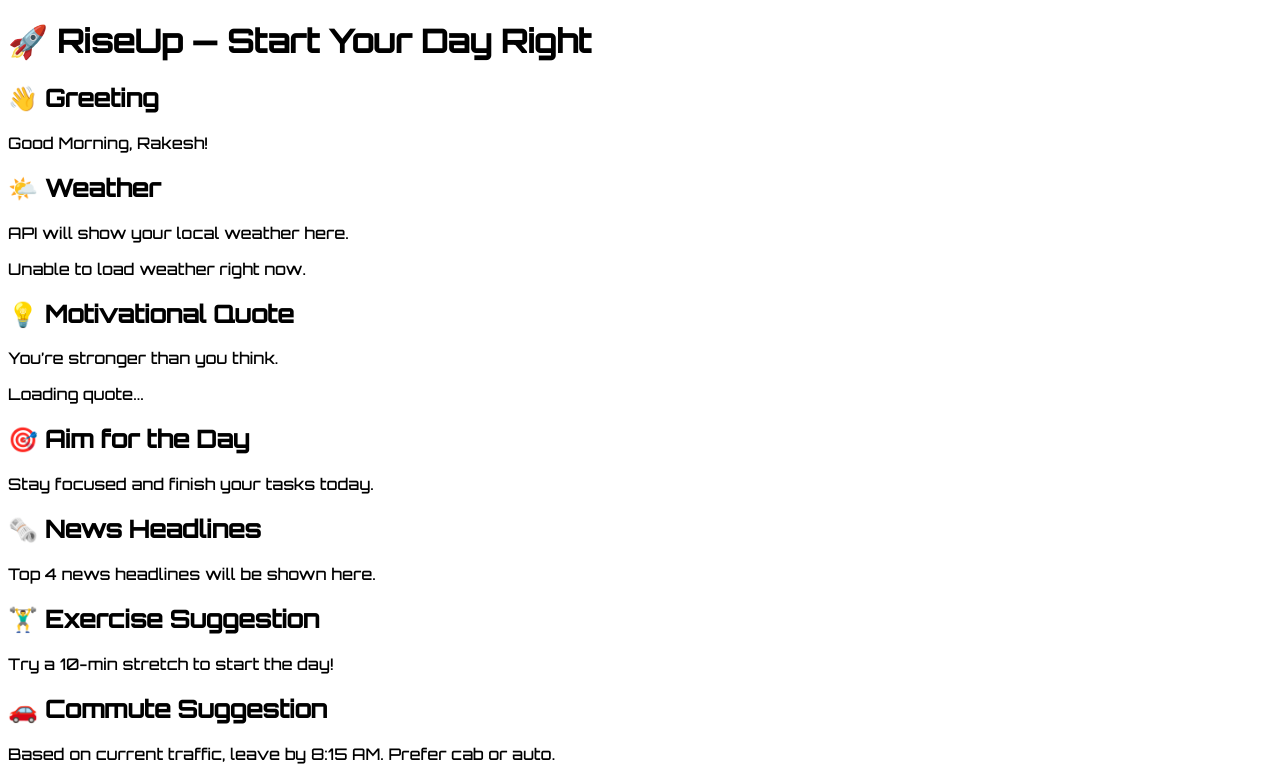
Repository: rakeshkumar1012/riseup
Page: /
The author's editor kept a copy of each file at every save. The page is drawn from the files as they stood at one save, then again after the next save.
The browser window is 1280 px wide. The pictures show the whole page.
The page's requests for data from a server got no answer. The project was rebuilt for these pictures with package versions that can differ from the ones it lists, and the page was loaded fresh each time. No one was signed in, and anything a server would have sent is missing.

Above is the page before, as saved 2025-07-05 03:36:00.

After the next save:
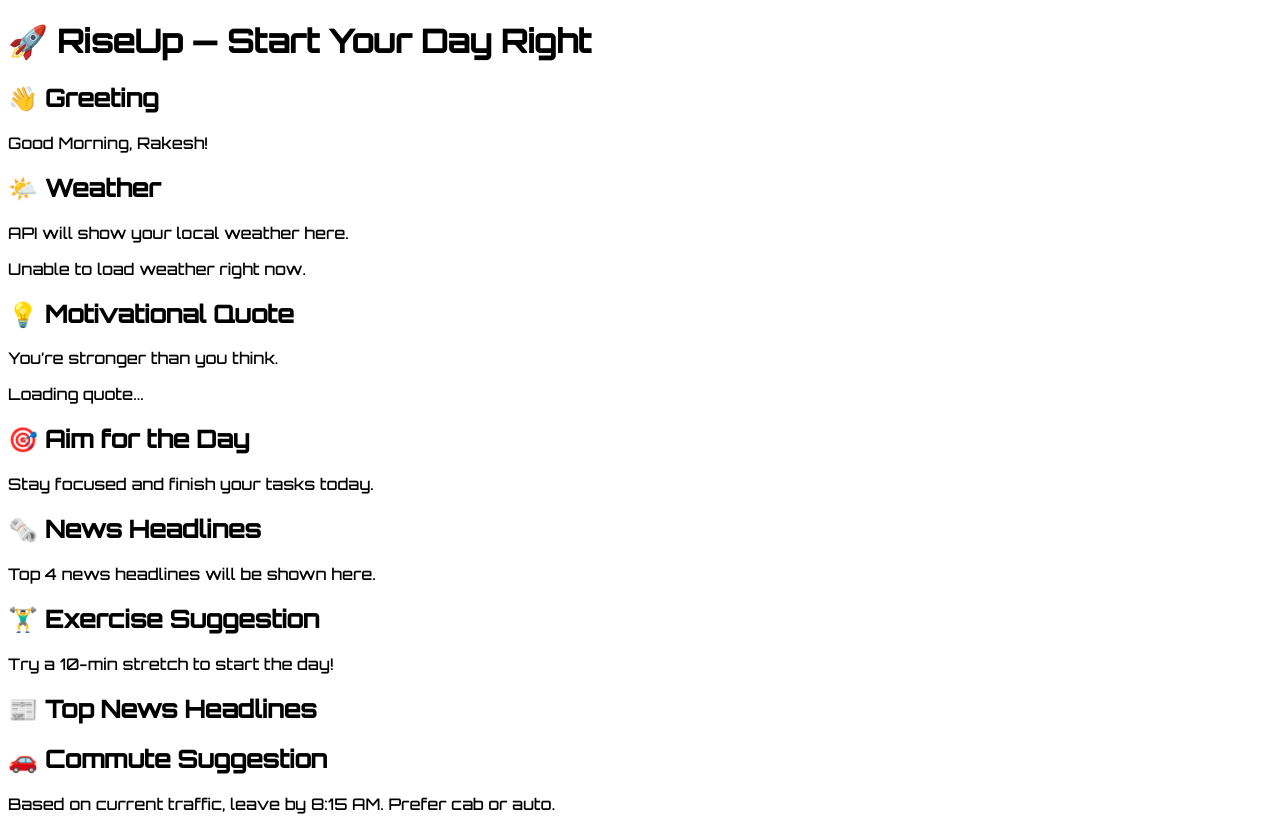
Saved 41 s later.
--- a/src/App.js
+++ b/src/App.js
@@ -45,6 +45,7 @@ function App() {
         {/* Exercise */}
         <Section title="🏋️‍♂️ Exercise Suggestion" gradient="from-indigo-500 to-purple-700">
           <p className="text-white/90">Try a 10-min stretch to start the day!</p>
+          <News />
         </Section>
 
         {/* Commute */}
